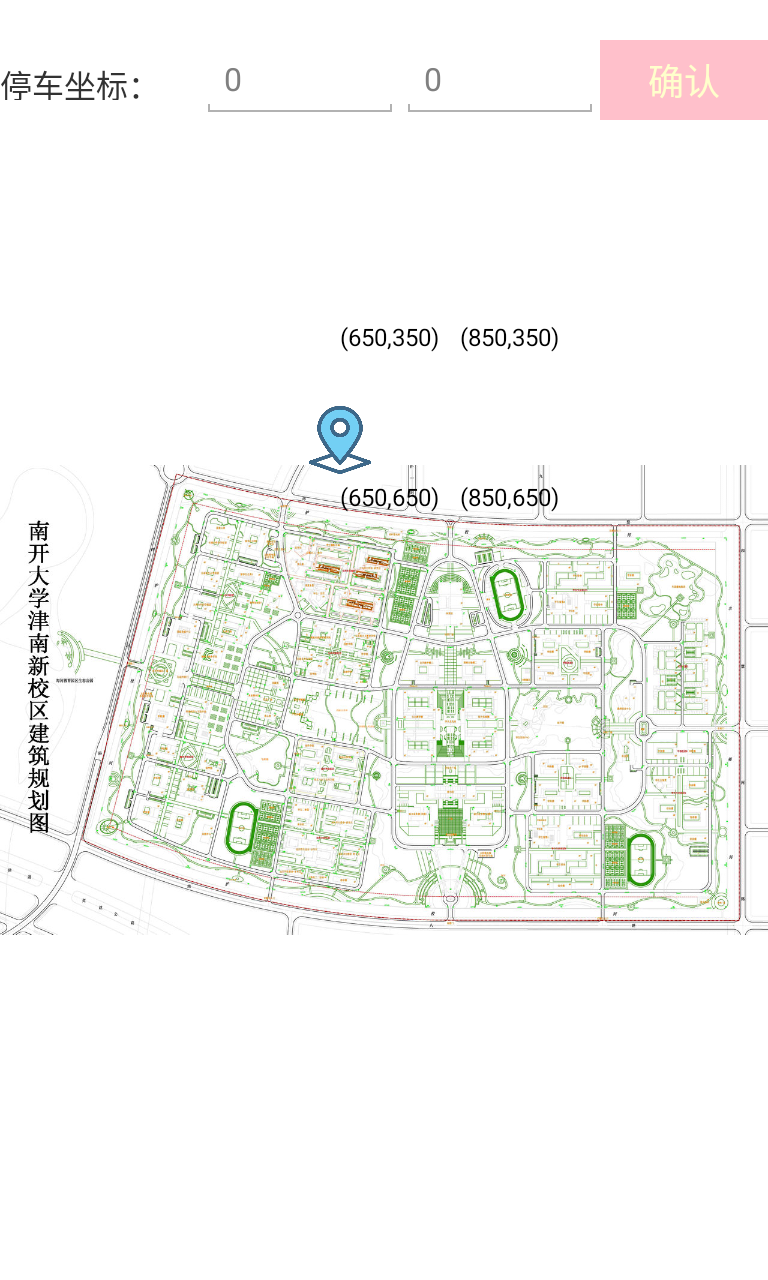
Repository: CovaWang/temporary_embedded
Layout: 7#车联·共享单车/代码/代码/res/layout/compass.xml
An editor plug-in stored every save of this project. The layout is shown before and after the next save, followed by the edit.
It is drawn on a 768 x 1280 px phone screen (xhdpi) without system bars, with theme AppTheme; the app's code is not run.

Above is the layout before, as saved 2024-05-08 11:52:24.

### 7#车联·共享单车/代码/代码/res/layout/compass.xml
<?xml version="1.0" encoding="utf-8"?>
<RelativeLayout xmlns:android="http://schemas.android.com/apk/res/android"
    android:layout_width="fill_parent"
    android:layout_height="match_parent"
    android:orientation="vertical" >


	    <TextView
			android:layout_width="100dp"
			android:layout_height="20dp"
			android:layout_marginTop='30dp'
			android:layout_marginLeft='0dp'
			android:text="停车坐标："
			android:textSize="16dp"
			android:layout_weight="1" />

	    <EditText
	        android:id="@+id/compass_text1"
			android:layout_width="100dp"
			android:layout_height="40dp"
			android:layout_marginTop='20dp'
			android:layout_marginLeft='100dp'
			android:hint="0"
			android:textSize="16sp"
			android:textColor="#8A2BE2"
			android:layout_weight="1" />

	    <EditText
	        android:id="@+id/compass_text2"
			android:layout_width="100dp"
			android:layout_height="40dp"
			android:layout_marginTop='20dp'
			android:layout_marginLeft='200dp'
			android:hint="0"
			android:textSize="16sp"
			android:textColor="#8A2BE2"
			android:layout_weight="1" />

	    <Button
        android:id="@+id/compass_btn"
        android:layout_width="100dp"
        android:layout_height="40dp"
        android:layout_marginTop="20dp"
        android:layout_marginLeft="300dp"
        android:background="#FFC0CB"
        android:text="确认"
        android:textColor="#FFC" />


    <ImageView
        android:id="@+id/compass_img"
        android:layout_width="match_parent"
        android:layout_height="match_parent"
        android:layout_marginTop='60dp'
	    android:layout_marginLeft='0dp'
        android:src="@drawable/map"
        android:layout_weight="1" />

    <!-- 当前位置 -->
     <ImageView
        android:id="@+id/compass_sit"
        android:layout_width="40dp"
        android:layout_height="40dp"
        android:layout_marginTop='200dp'
	    android:layout_marginLeft='150dp'
        android:src="@drawable/situation"
        android:layout_weight="1" />
   <!-- 白包坐标 -->
    <!-- 左下点 (225,275)-->
     <TextView
         android:layout_width="match_parent"
         android:layout_height="match_parent"
         android:layout_weight="1"
         android:layout_marginTop='240dp'
	     android:layout_marginLeft='170dp'
         android:text="(650,650)"
         android:textColor="#000000"
         android:textSize="12dp" />
     <!-- 右下点(525,275) -->
     <TextView
         android:layout_width="match_parent"
         android:layout_height="match_parent"
         android:layout_weight="1"
         android:layout_marginTop='240dp'
	     android:layout_marginLeft='230dp'
         android:text="(850,650)"
         android:textColor="#000000"
         android:textSize="12dp" />
     <!-- 右上点 (525,150)-->
     <TextView
         android:layout_width="match_parent"
         android:layout_height="match_parent"
         android:layout_weight="1"
         android:layout_marginTop='160dp'
	     android:layout_marginLeft='230dp'
         android:text="(850,350)"
         android:textColor="#000000"
         android:textSize="12dp" />
	  <!-- 左上点 (225,150)-->
      <TextView
         android:layout_width="match_parent"
         android:layout_height="match_parent"
         android:layout_weight="1"
         android:layout_marginTop='160dp'
	     android:layout_marginLeft='170dp'
         android:text="(650,350)"
         android:textColor="#000000"
         android:textSize="12dp" />

      <!-- 红包坐标 -->
    <!-- 左下点 -->
     <TextView
         android:layout_width="match_parent"
         android:layout_height="match_parent"
         android:layout_weight="1"
         android:layout_marginTop='200dp'
	     android:layout_marginLeft='90dp'
         android:text="(310,550)"
         android:textColor="#0000"
         android:textSize="12dp" />
     <!-- 右下点 -->
     <TextView
         android:layout_width="match_parent"
         android:layout_height="match_parent"
         android:layout_weight="1"
         android:layout_marginTop='200dp'
	     android:layout_marginLeft='150dp'
         android:text="(480,550)"
         android:textColor="#0000"
         android:textSize="12dp" />
     <!-- 右上点 -->
     <TextView
         android:layout_width="match_parent"
         android:layout_height="match_parent"
         android:layout_weight="1"
         android:layout_marginTop='90dp'
	     android:layout_marginLeft='150dp'
         android:text="(480,200)"
         android:textColor="#0000"
         android:textSize="12dp" />
	  <!-- 左上点 -->
      <TextView
         android:layout_width="match_parent"
         android:layout_height="match_parent"
         android:layout_weight="1"
         android:layout_marginTop='90dp'
	     android:layout_marginLeft='90dp'
         android:text="(310,200)"
         android:textColor="#0000"
         android:textSize="12dp" />
</RelativeLayout>

### 7#车联·共享单车/代码/代码/res/values/styles.xml
<resources>

    <!--
        Base application theme, dependent on API level. This theme is replaced
        by AppBaseTheme from res/values-vXX/styles.xml on newer devices.

    -->
    <style name="AppBaseTheme" parent="android:Theme.Light">
        <!--
            Theme customizations available in newer API levels can go in
            res/values-vXX/styles.xml, while customizations related to
            backward-compatibility can go here.

        -->
    </style>

    <!-- Application theme. -->
    <style name="AppTheme" parent="AppBaseTheme">
        <!-- All customizations that are NOT specific to a particular API-level can go here. -->
    </style>
    <!-- 高宽都包裹内容 -->
    <style name="wrapcontent">
        <item name="android:layout_width">wrap_content</item>
        <item name="android:layout_height">wrap_content</item>
    </style>

    <!-- 自定义对话框样式 -->
    <style name="dialog_custom" parent="android:style/Theme.Dialog">
        <item name="android:windowFrame">@null</item>
        <item name="android:windowNoTitle">true</item>
        <item name="android:background">#00000000</item>
        <item name="android:windowBackground">@android:color/transparent</item>
    </style>
    <!-- TextView 16sp样式 -->
    <style name="textview16sp" parent="wrapcontent">
        <item name="android:textSize">16sp</item>
        <item name="android:gravity">center_vertical</item>
    </style>

    <!-- TextView 14sp样式 -->
    <style name="textview12sp" parent="wrapcontent">
        <item name="android:textSize">12sp</item>
        <item name="android:gravity">center_vertical</item>
    </style>
    <!-- TextView 14sp样式 -->
    <style name="textview14sp" parent="wrapcontent">
        <item name="android:textSize">14sp</item>
        <item name="android:gravity">center_vertical</item>
    </style>

    <!-- 宽度为0dp,高度为包裹内容，权重为1 -->
    <style name="zero_widthwrapcontent">
        <item name="android:layout_width">0dp</item>
        <item name="android:layout_height">wrap_content</item>
        <item name="android:layout_weight">1</item>
    </style>

    <!-- 黄色14sp,图片间距为5dp的textview -->
    <style name="tvyellow14sp" parent="zero_widthwrapcontent">
        <item name="android:textSize">14sp</item>
        <item name="android:drawablePadding">3dp</item>
        <item name="android:gravity">center</item>
        <item name="android:textColor">@color/bright_yellow</item>
    </style>

</resources>

Loaded but not shown: 7#车联·共享单车/代码/代码/res/values-v11/styles.xml (common file); 7#车联·共享单车/代码/代码/res/values-v14/styles.xml (common file)

After the next save:
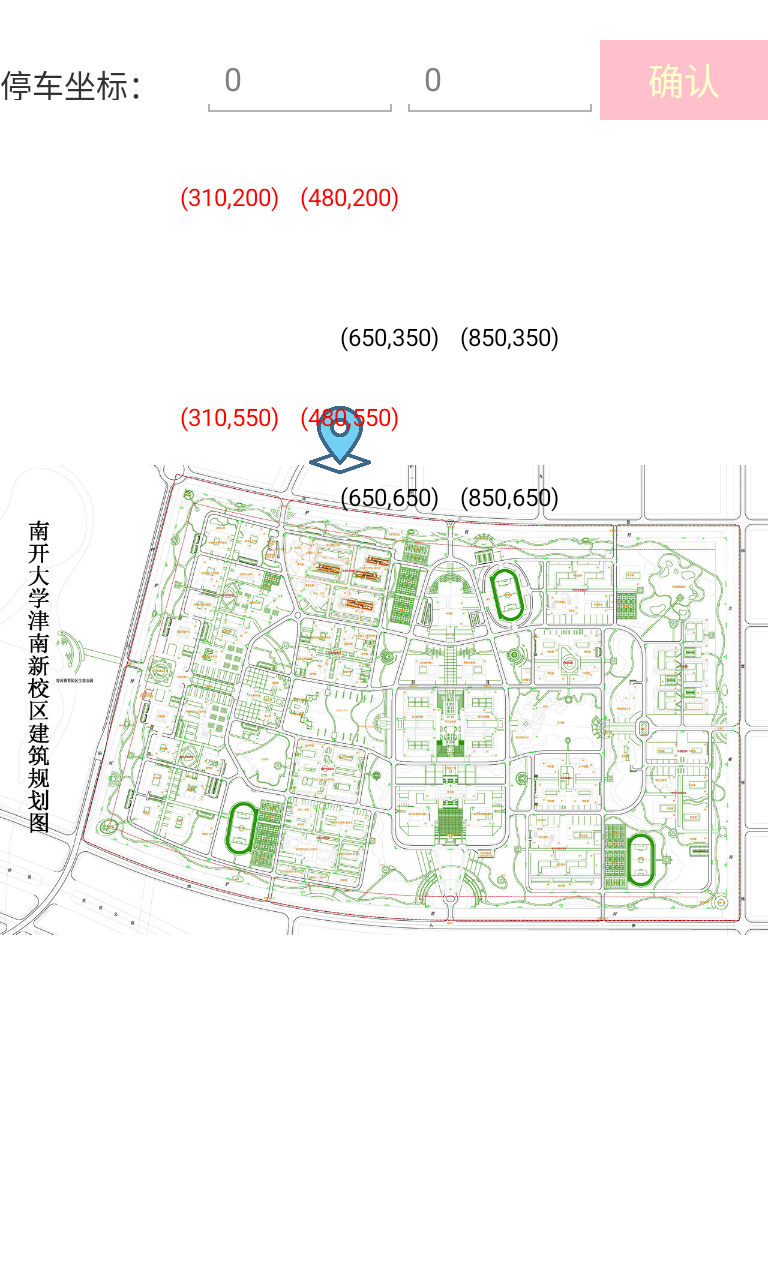
Saved 54 s later.
--- a/7#车联·共享单车/代码/代码/res/layout/compass.xml
+++ b/7#车联·共享单车/代码/代码/res/layout/compass.xml
@@ -116,7 +116,7 @@
          android:layout_marginTop='200dp'
 	     android:layout_marginLeft='90dp'
          android:text="(310,550)"
-         android:textColor="#0000"
+         android:textColor="#FF0000"
          android:textSize="12dp" />
      <!-- 右下点 -->
      <TextView
@@ -126,7 +126,7 @@
          android:layout_marginTop='200dp'
 	     android:layout_marginLeft='150dp'
          android:text="(480,550)"
-         android:textColor="#0000"
+         android:textColor="#FF0000"
          android:textSize="12dp" />
      <!-- 右上点 -->
      <TextView
@@ -136,7 +136,7 @@
          android:layout_marginTop='90dp'
 	     android:layout_marginLeft='150dp'
          android:text="(480,200)"
-         android:textColor="#0000"
+         android:textColor="#FF0000"
          android:textSize="12dp" />
 	  <!-- 左上点 -->
       <TextView
@@ -146,6 +146,6 @@
          android:layout_marginTop='90dp'
 	     android:layout_marginLeft='90dp'
          android:text="(310,200)"
-         android:textColor="#0000"
+         android:textColor="#FF0000"
          android:textSize="12dp" />
 </RelativeLayout>
